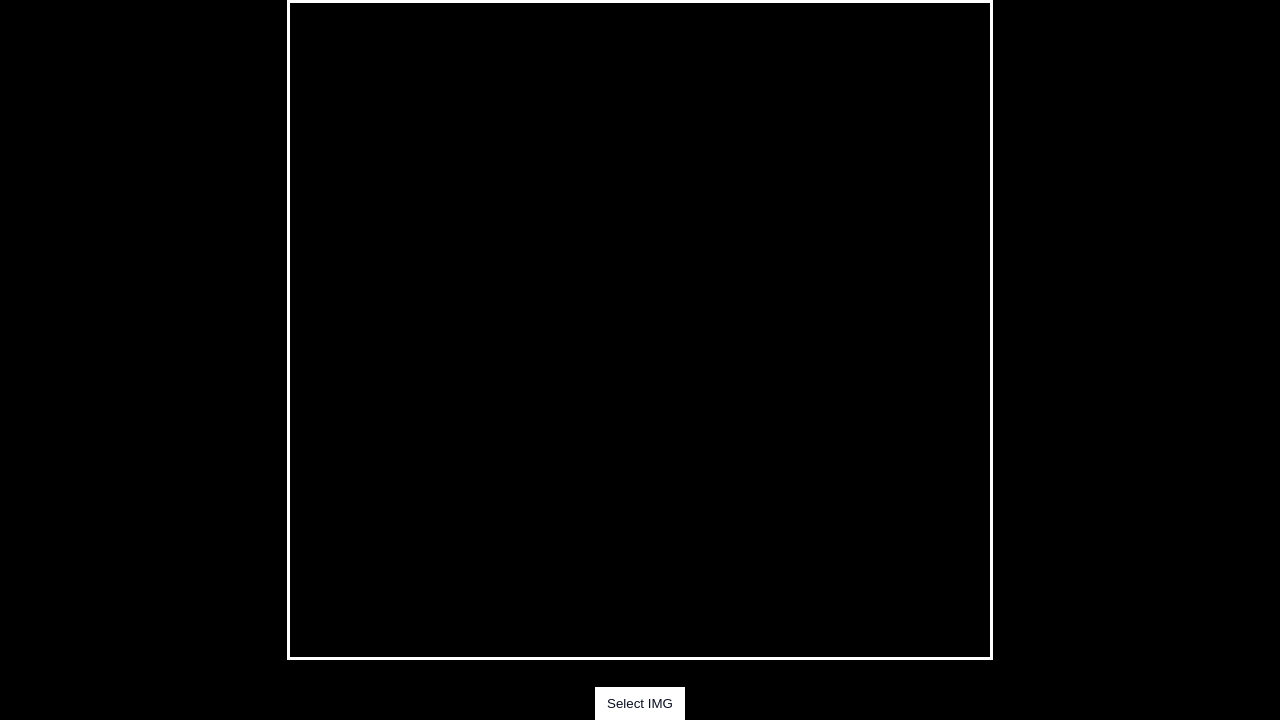
Repository: HOANGKHONGTANCRUSH/APPTenofflowAI
Page: /
The author's editor kept a copy of each file at every save. The page is drawn from the files as they stood at one save, then again after the next save.
The browser window is 1280 px wide. The pictures show the whole page.
The project was rebuilt for these pictures with package versions that can differ from the ones it lists, and the page was loaded fresh each time. Also part of the build but not shown: src/App.css.

Above is the page before, as saved 2024-01-28 11:29:37.

### src/App.jsx
import logo from "./logo.svg";
import "./App.css";
import styled from "styled-components";
import { ObjectDetector } from "./components/objectDetector";

const AppContainer = styled.div`
  width: 100%;
  height: 100%;
  background-color: black;
  display: flex;
  flex-direction: column;
  align-items: center;
  justify-content: center;
  color: red;
`;

function App() {
  return (
    <AppContainer>
      <ObjectDetector />
    </AppContainer>
  );
}

export default App;

### src/components/objectDetector/index.jsx
import React, { useRef, useState } from "react";
import styled from "styled-components";

import "@tensorflow/tfjs-backend-cpu";
import "@tensorflow/tfjs-backend-webgl";
import * as cocoSsd from "@tensorflow-models/coco-ssd";

const ObjectDetectorContainer = styled.div`
  display: flex;
  flex-direction: column;
  align-items: center;
  height: 100vh;
  width: 25%
`;

const DetectorContainer = styled.div`
  width: 700px;
  height: 800px;
  border: 3px solid #fff;
  display: flex;
  align-items: center;
  justify-content: center;
  position: relative;
`;

const TargetImg = styled.img`
  width: auto;
  height: auto;
  max-width: 100%;
  max-height: 100%;
  object-fit: contain;
`;

const HiddenFileInput = styled.input`
  display: none;
`;

const SelectButton = styled.button`
  padding: 7px 10px;
  border: 2px solid transparent;
  background-color: #fff;
  color: #0a0f22;
  font-weight: 500;
  outline: none;
  margin-top: 2em;
  cursor: pointer;
  transition: all 260ms ease-in-out;

  &:hover {
    background-color: transparent;
    border: 2px solid #fff;
    color: #fff;
  }
`;



export function ObjectDetector(props) {

  const fileInputRef = useRef();
  const [imgData, setImage] = useState(null);

 const openfilePicker =  () => {
    if(fileInputRef.current) fileInputRef.current.click();
 }

  const readImage = (file) => {
    return new Promise((rs, r) =>{
      const fileReader = new FileReader();
      fileReader.onload = () => rs(fileReader.result);
      fileReader.onerror = () => r(fileReader.error);
      fileReader.readAsDataURL(file);
    })
  }


 const onSelectImage = async (e) => {
    const file = e.target.files[0];
    const imgData = await readImage(file);
    setImage(imgData);
 }

  return <ObjectDetectorContainer>
    <DetectorContainer>
    {imgData && <TargetImg src={imgData}/>}
    </DetectorContainer>
    <HiddenFileInput type="file" ref={fileInputRef}  onChange={onSelectImage}/>
    <SelectButton onClick={openfilePicker}>
      Select IMG
    </SelectButton>
  </ObjectDetectorContainer>
}

Loaded but not shown: public/index.html (common file); src/index.jsx (common file); src/index.css (common file); src/reportWebVitals.js (common file)

After the next save:
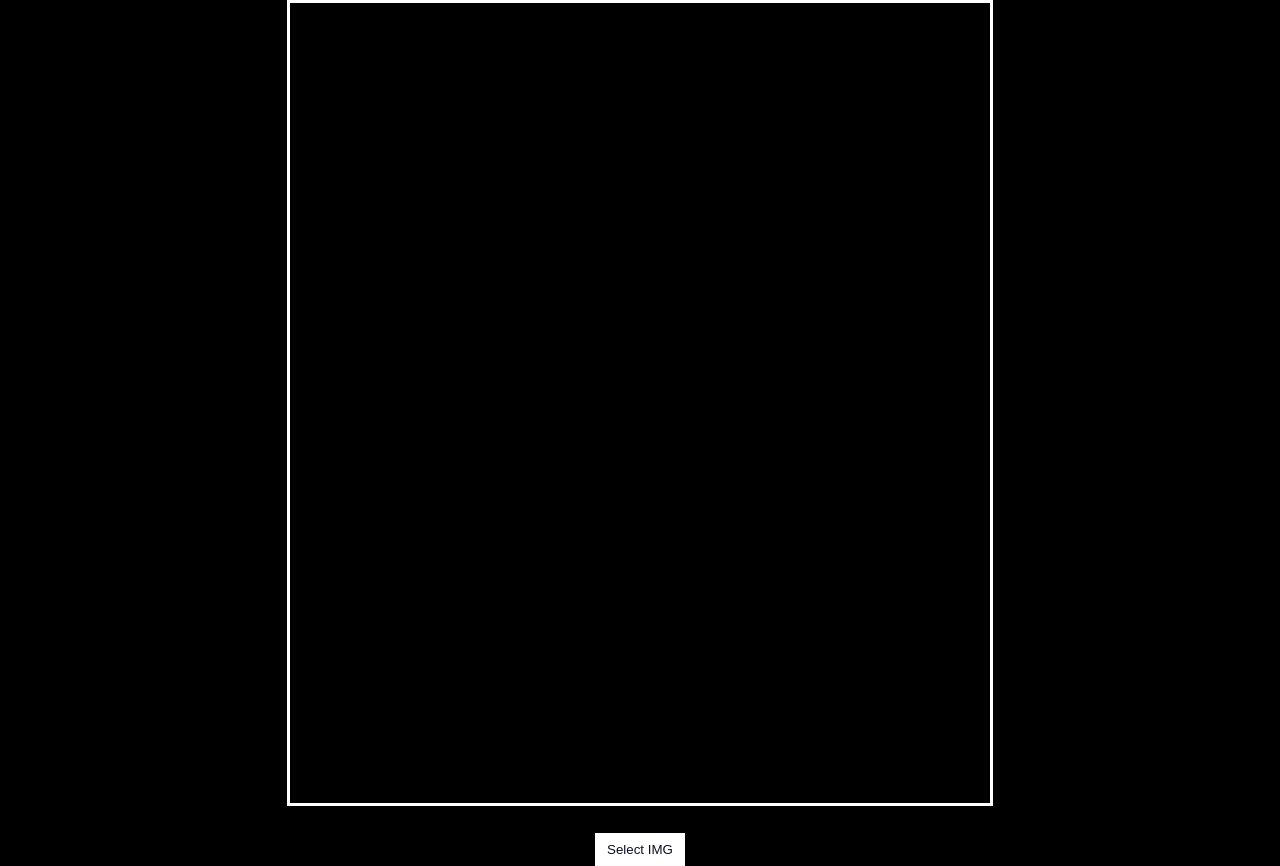
Saved 3 min 10 s later.
--- a/src/components/objectDetector/index.jsx
+++ b/src/components/objectDetector/index.jsx
@@ -9,8 +9,6 @@ const ObjectDetectorContainer = styled.div`
   display: flex;
   flex-direction: column;
   align-items: center;
-  height: 100vh;
-  width: 25%
 `;
 
 const DetectorContainer = styled.div`
